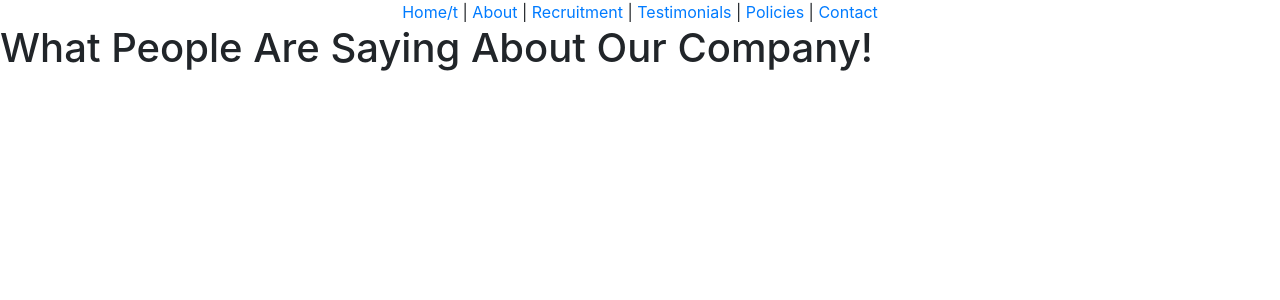
Repository: cerebrium/website
Page: /testimonials
The author's editor kept a copy of each file at every save. The page is drawn from the files as they stood at one save, then again after the next save.
The browser window is 1280 px wide. The pictures show the whole page.
The project was rebuilt for these pictures with package versions that can differ from the ones it lists, and the page was loaded fresh each time. Also part of the build but not shown: src/Routes/About.jsx, src/Routes/Recruitment.jsx, src/Routes/Policies.jsx, src/Routes/Home.jsx, src/Routes/Contact.jsx.

Above is the page before, as saved 2019-11-02 11:50:51.

### src/App.jsx
import React from 'react';
import './styles/App.css'
import {
  BrowserRouter as Router,
  Route,
  Link
} from 'react-router-dom';
import About from './Routes/About'
import Recruitment from './Routes/Recruitment'
import Testimonials from './Routes/Testimonials'
import Policies from './Routes/Policies'
import Home from './Routes/Home'
import Contact from './Routes/Contact'

class App extends React.Component {
  render () {
    return (
      <Router>
        <div className='appContainer'>
          <div className='navContainer'>
            <nav><Link to='/' >Home{'/t'}</Link> | <Link to='/about' >About</Link> | <Link to='/recruitment' >Recruitment</Link> | <Link to='/testimonials' >Testimonials</Link> | <Link to='/policies' >Policies</Link> | <Link to='/contact'>Contact</Link></nav>
          </div>
          <Route exact path='/' component={Home}/>
          <Route exact path='/about' component={About}/>
          <Route exact path='/recruitment' component={Recruitment}/>
          <Route exact path='/testimonials' component={Testimonials}/>
          <Route exact path='/policies' component={Policies}/>
          <Route exact path='/contact' component={Contact}/>
        </div>
      </Router>
    )
  }
}

export default App;

### src/styles/App.css
.App {
  text-align: center;
}

.navContainer {
  display: flex;
  justify-content: center;
}

nav {

}

### src/Routes/Testimonials.jsx
import React from 'react';

class Testimonials extends React.Component {
    render () {
        return (
            <div className='testimonialsPageMainDiv'>
                <h1>What People Are Saying About Our Company!</h1>
            </div>
        )
    }
}

export default Testimonials;

### src/styles/Home.css
.homePageMainDiv {
    display: flex;
    min-width: 100vh;
}

.rowCentering {
    display: flex;
    justify-content: center;
}

h1 {

}

Loaded but not shown: public/index.html (common file); src/index.js (common file); src/index.css (common file); src/serviceWorker.js (common file)

After the next save:
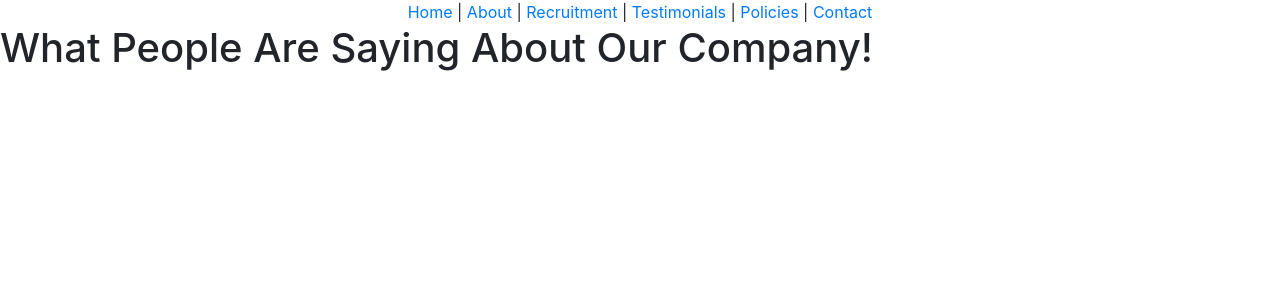
Saved 6 s later.
--- a/src/App.jsx
+++ b/src/App.jsx
@@ -18,7 +18,7 @@
       <Router>
         <div className='appContainer'>
           <div className='navContainer'>
-            <nav><Link to='/' >Home{'/t'}</Link> | <Link to='/about' >About</Link> | <Link to='/recruitment' >Recruitment</Link> | <Link to='/testimonials' >Testimonials</Link> | <Link to='/policies' >Policies</Link> | <Link to='/contact'>Contact</Link></nav>
+            <nav><Link to='/' >Home{'\t'}</Link> | <Link to='/about' >About</Link> | <Link to='/recruitment' >Recruitment</Link> | <Link to='/testimonials' >Testimonials</Link> | <Link to='/policies' >Policies</Link> | <Link to='/contact'>Contact</Link></nav>
           </div>
           <Route exact path='/' component={Home}/>
           <Route exact path='/about' component={About}/>
